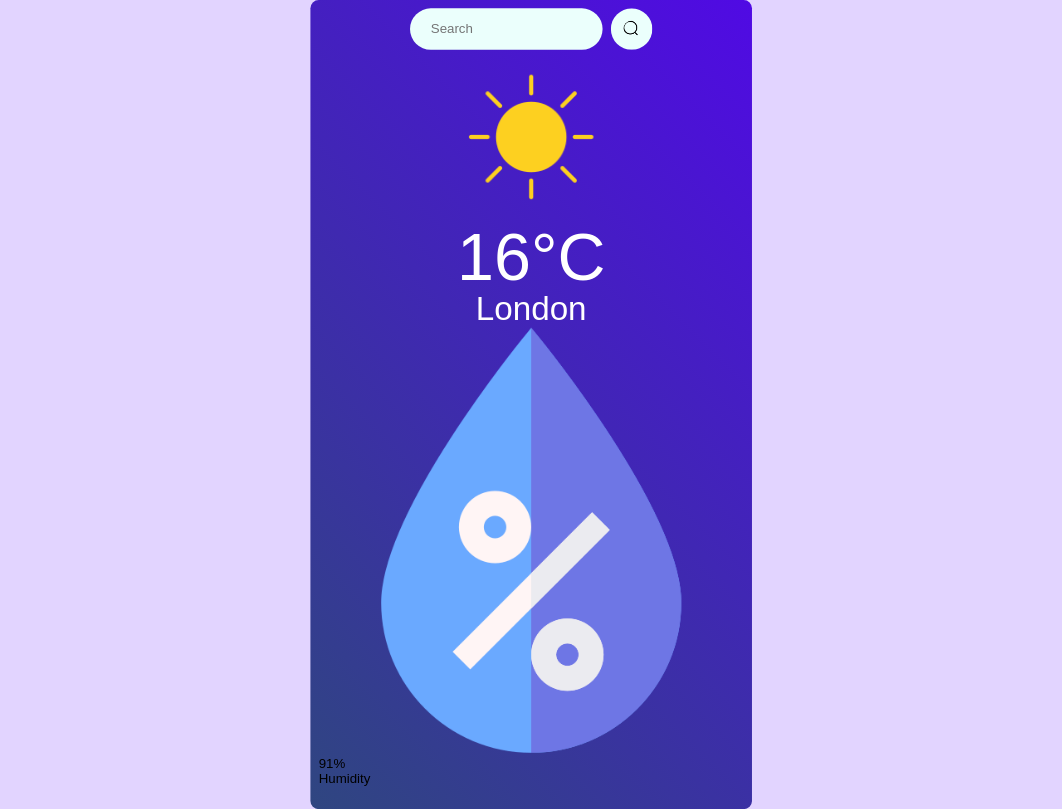
Repository: wakoya-tech/wheather-app
Page: /
The author's editor kept a copy of each file at every save. The page is drawn from the files as they stood at one save, then again after the next save.
The browser window is 1280 px wide. The pictures show the whole page, at 83% of full size.
The project was rebuilt for these pictures with package versions that can differ from the ones it lists, and the page was loaded fresh each time. Also part of the build but not shown: vite.config.js, src/App.css.

Above is the page before, as saved 2025-10-18 21:10:28.

### index.html
<!DOCTYPE html>
<html lang="en">
  <head>
    <meta charset="UTF-8" />
    <link rel="icon" type="image/svg+xml" href="/vite.svg" />
    <meta name="viewport" content="width=device-width, initial-scale=1.0" />
    <title>Weather App - wakoCode</title>
  </head>
  <body>
    <div id="root"></div>
    <script type="module" src="/src/main.jsx"></script>
  </body>
</html>

### src/App.jsx
import { useState } from 'react'
import Weather from './Components/Weather'

import './App.css'

function App() {
 return(
 <div className='App'>

<Weather/>

 </div>

 )

}

export default App

### src/index.css

*{
    margin: 0;
    padding: 0;
    box-sizing: border-box;
    font-family: "poppins",sans-serif;
}
.App {
    min-height: 100vh;
    display: grid;
    background: #e2d4ff;
}

### src/Components/Weather.jsx
import React from 'react';
import './Weather.css';
import search_icon from '../assets/Search.png';
/*import rain from '../assets/Rain.png';
import cloud from '../assets/Cloud.png';*/
import clear from '../assets/Clear.png';
/*import drizzle from '../assets/Drizzle.png';
import snow from '../assets/Snow.png';
*/

import wind from '../assets/Wind.png'
import humidity from '../assets/Humidity.png';

function Weather() {
  return (
    <div className='weather'>
      <div className="search-bar">
        <input type="text" placeholder='Search' />
        <img  src={search_icon} alt="Search" />

      </div>
       <img src={clear} alt="" className='weather-icon'/>
        <p className='temperature'>16°C</p>
        <p className='location'>London</p>
        <div className="weather-data">
          <div className="col">
            <img src={humidity} alt="" />
            <div>
              <p>91%</p>
              <span>Humidity</span>
            </div>
          </div>
          <div className="col">
            <img src="" alt="" />
          </div>
        </div>
    <div/>

    </div>
  );
}
/*https://www.flaticon.com/free-icon/sun_1163662?related_id=1163662&origin=<pack></pack>*/
export default Weather;

### src/Components/Weather.css
.weather{
place-self: center;
padding: 10px;
border-radius: 10px;
background-image: linear-gradient(45deg,#2f4680,#500ae4);
display: flex;
flex-direction: column;
align-items: center;
}
.search-bar{
    display: flex;
    align-items: center;
    gap: 10px;
}
.search-bar input{
   height: 50px;
    font-size: 16px;
    border-radius: 40px;
    padding-left: 25px;
    border: none;
    outline: none;
    color: #626262;
    background: #ebfffc;
}
.search-bar img{
  width: 50px;
  padding: 15px;
    border-radius: 50%;
    background: #ebfffc;
  cursor: pointer;
}
.weather-icon {
    width: 150px;
    margin: 30px 0;
}
.temperature{
    color: #fff;
    font-size: 80px;
    line-height: 1;
}
.location{
    color: #fff;
    font-size: 40px;
}

Loaded but not shown: src/main.jsx (common file)

After the next save:
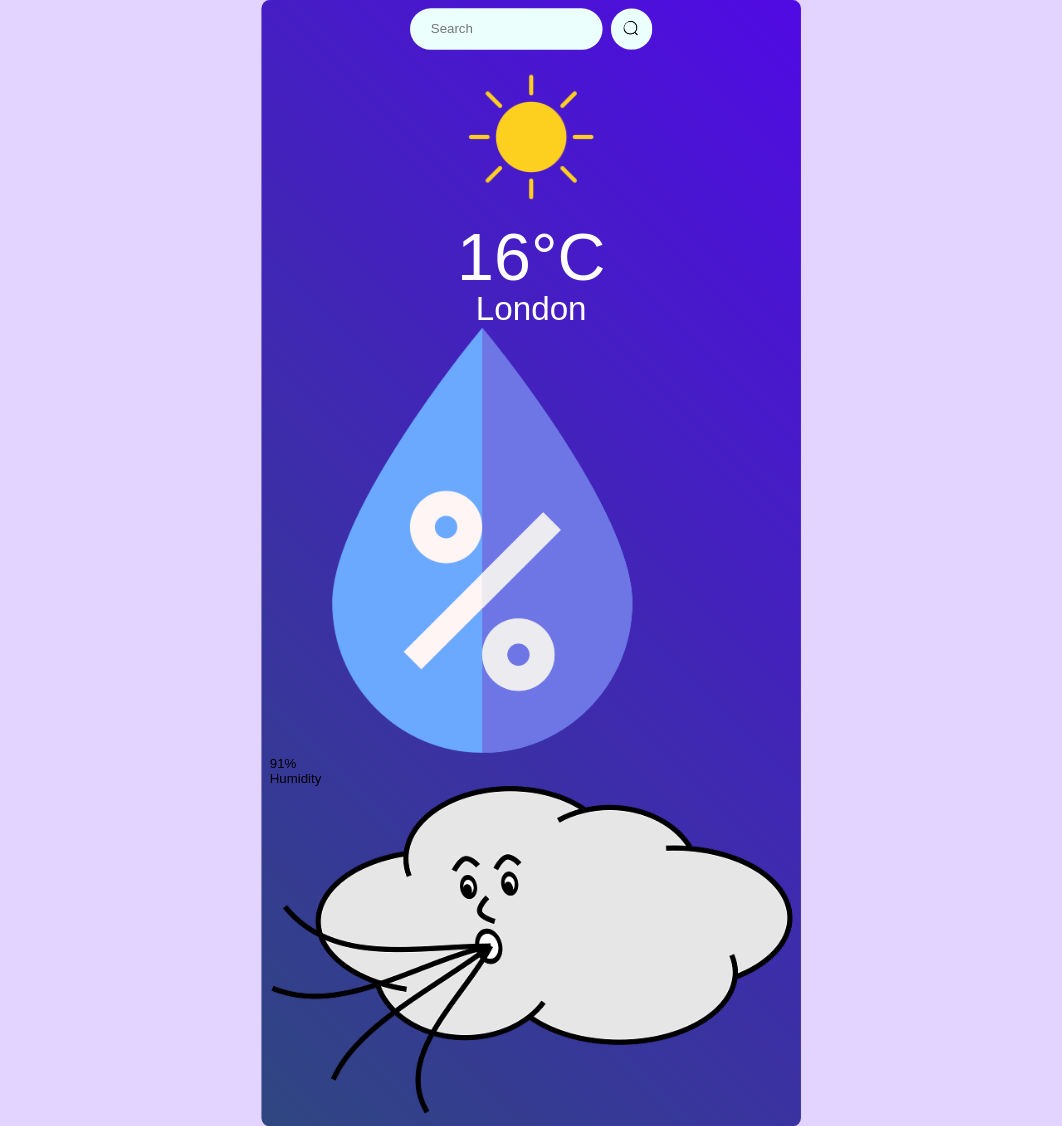
Saved 40 s later.
--- a/src/Components/Weather.jsx
+++ b/src/Components/Weather.jsx
@@ -31,7 +31,7 @@ function Weather() {
             </div>
           </div>
           <div className="col">
-            <img src="" alt="" />
+            <img src={wind} alt="" />
           </div>
         </div>
     <div/>
